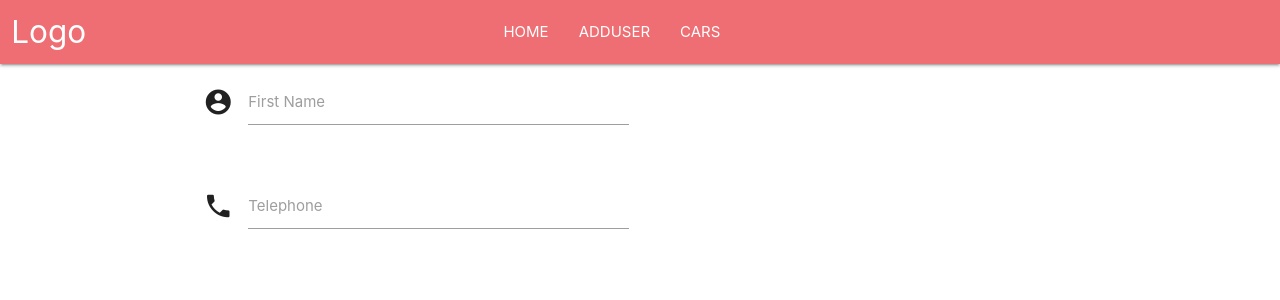
Repository: JenyaIII-sudo/Cars
Page: /Add
The author's editor kept a copy of each file at every save. The page is drawn from the files as they stood at one save, then again after the next save.
The browser window is 1280 px wide. The pictures show the whole page.
The project was rebuilt for these pictures with package versions that can differ from the ones it lists, and the page was loaded fresh each time. Also part of the build but not shown: src/App.css, src/Components/Home.js. Imported but missing from the stored project, and not drawn on this page: src/Components/Cars.

Above is the page before, as saved 2019-11-24 15:38:54.

### public/index.html
<!DOCTYPE html>
<html lang="en">
  <head>
    <meta charset="utf-8" />
    <link rel="icon" href="%PUBLIC_URL%/favicon.ico" />
    <meta name="viewport" content="width=device-width, initial-scale=1" />
    <meta name="theme-color" content="#000000" />
    <meta
      name="description"
      content="Web site created using create-react-app"
    />
    <link rel="apple-touch-icon" href="logo192.png" />

    <link rel="manifest" href="%PUBLIC_URL%/manifest.json" />
    <link
      rel="stylesheet"
      href="https://cdnjs.cloudflare.com/ajax/libs/materialize/1.0.0/css/materialize.min.css"
    />
    <link
      href="https://fonts.googleapis.com/icon?family=Material+Icons"
      rel="stylesheet"
    />
    <title>React App</title>
  </head>
  <body>
    <noscript>You need to enable JavaScript to run this app.</noscript>
    <div id="root"></div>
    <script src="https://cdnjs.cloudflare.com/ajax/libs/materialize/1.0.0/js/materialize.min.js"></script>
  </body>
</html>

### src/App.js
import React from "react";
import "./App.css";
import NavBar from "./Components/NavBar";
import { BrowserRouter as Router, Route } from "react-router-dom";
import Cars from "./Components/Cars";
import Home from "./Components/Home";
import AddUser from "./Components/AddUser";

function App() {
  return (
    <Router>
      <div className="row container-fluid">
        <NavBar />
        <Route path="/Home" component={Home} />
        <Route path="/Add" component={AddUser} />
        <Route path="/Cars" component={Cars} />
      </div>
    </Router>
  );
}

export default App;

### src/Components/NavBar.js
import React from "react";
import { Link } from "react-router-dom";

const NavBar = () => {
  return (
    <nav>
      <div className="nav-wrapper col s7">
        <a href="#" className="brand-logo">
          Logo
        </a>
        <ul id="nav-mobile" className="right hide-on-med-and-down">
          <li>
            <Link to="/Home">HOME</Link>
          </li>
          <li>
            <Link to="/Add">ADDUSER</Link>
          </li>
          <li>
            <Link to="/Cars">CARS</Link>
          </li>
        </ul>
      </div>
    </nav>
  );
};

export default NavBar;

### src/Components/AddUser.js
import React from "react";

const AddUser = () => {
  return (
    <div className="container">
      <form className="col s6">
        <div className="row">
          <div className="input-field col s12">
            <i className="material-icons prefix">account_circle</i>
            <input id="icon_prefix" type="text" className="validate" />
            <label for="icon_prefix">First Name</label>
          </div>
        </div>
        <div className="row">
          <div className="input-field col s12">
            <i className="material-icons prefix">phone</i>
            <input id="icon_telephone" type="tel" className="validate" />
            <label for="icon_telephone">Telephone</label>
          </div>
        </div>
      </form>
    </div>
  );
};

export default AddUser;

Loaded but not shown: src/index.js (common file); src/index.css (common file)

After the next save:
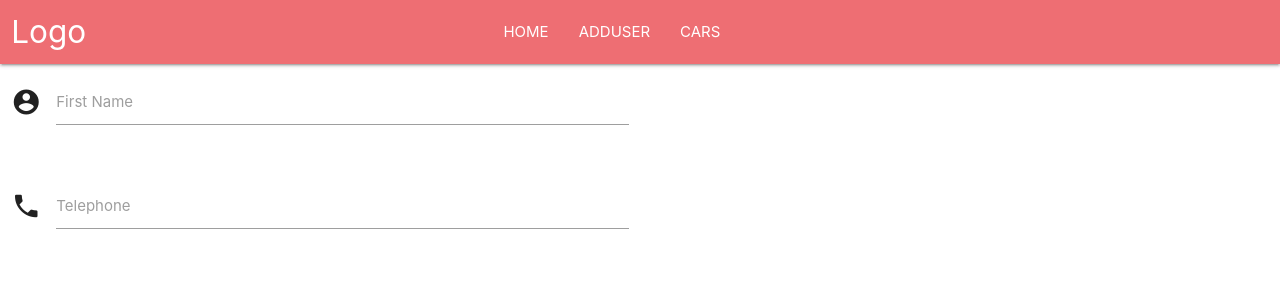
Saved 18 s later.
--- a/src/Components/AddUser.js
+++ b/src/Components/AddUser.js
@@ -2,7 +2,7 @@ import React from "react";
 
 const AddUser = () => {
   return (
-    <div className="container">
+    <div className="container-fluid">
       <form className="col s6">
         <div className="row">
           <div className="input-field col s12">
